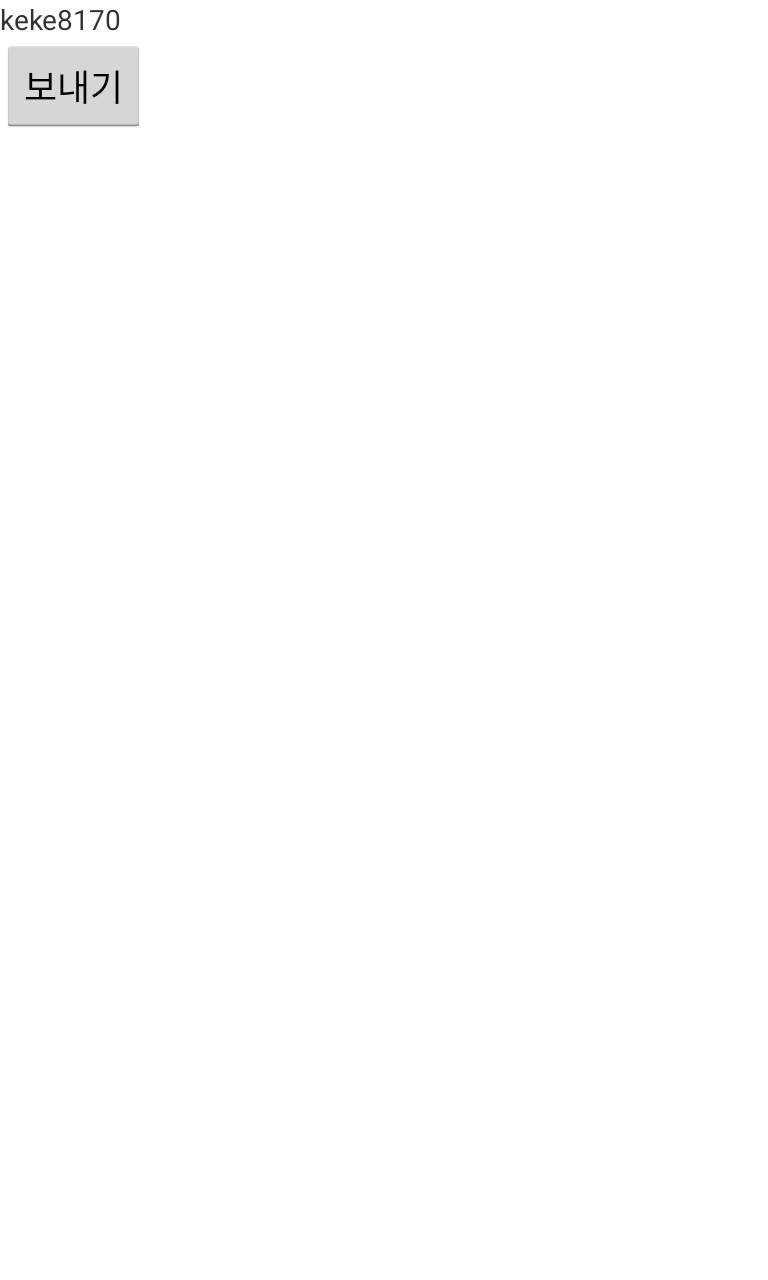
Repository: HSUmod/nanumi
Layout: Nanumi/res/layout/activity_main.xml
The author's editor kept a copy of each file at every save. The layout is drawn from the files as they stood at one save, then again after the next save.
It is drawn on a 768 x 1280 px phone screen (xhdpi) without system bars, with theme AppTheme; the app's code is not run.

Above is the layout before, as saved 2015-11-11 05:25:34.

After the next save:
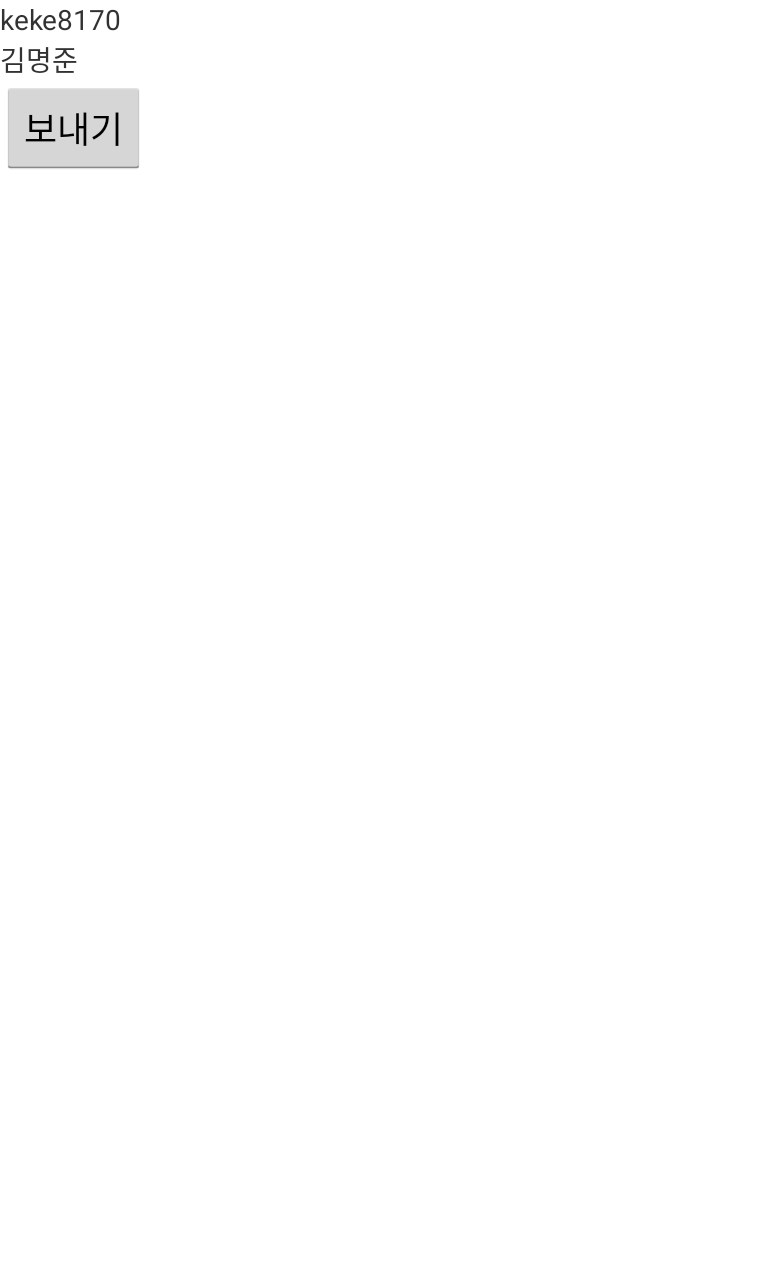
Saved 44 s later.
--- a/Nanumi/res/layout/activity_main.xml
+++ b/Nanumi/res/layout/activity_main.xml
@@ -6,10 +6,17 @@
     tools:context="com.example.nanumi.MainActivity" >
 
     <TextView
-        android:id="@+id/textView1"
+        android:id="@+id/user_id"
         android:layout_width="wrap_content"
         android:layout_height="wrap_content"
         android:text="keke8170" />
+
+    <TextView
+        android:id="@+id/user_name"
+        android:layout_width="wrap_content"
+        android:layout_height="wrap_content"
+        android:text="김명준" />
+
 
 
     <Button
